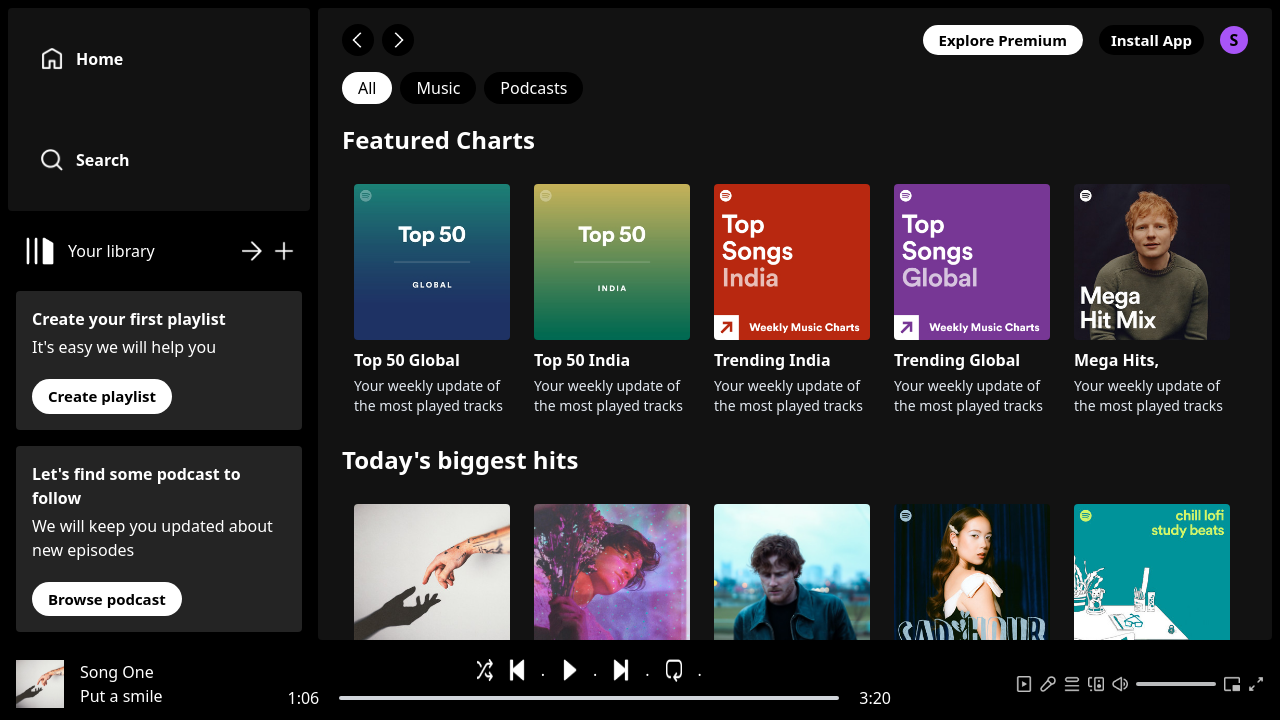
Repository: duttasayan835/Spotify_clone
Page: /
The author's editor kept a copy of each file at every save. The page is drawn from the files as they stood at one save, then again after the next save.
The browser window is 1280 px wide. The pictures show the whole page.
An inner scrolling area shows only its first screen. The project was rebuilt for these pictures with package versions that can differ from the ones it lists, and the page was loaded fresh each time. Also part of the build but not shown: vite.config.js, src/Components/DisplayAlbum.jsx. Imported but missing from the stored project, and not drawn on this page: src/assets/song1.mp3, src/assets/song2.mp3, src/assets/song3.mp3.

Above is the page before, as saved 2024-08-11 21:53:45.

### src/main.jsx
import { StrictMode } from "react";
import { createRoot } from "react-dom/client";
import App from "./App.jsx";
import "./index.css";
// eslint-disable-next-line no-unused-vars
import { BrowserRouter } from "react-router-dom";
import PlayerContextProvider from "./Context/PlayerContext.jsx";

createRoot(document.getElementById("root")).render(
  <StrictMode>
    <BrowserRouter>
      <PlayerContextProvider>
        <App />
      </PlayerContextProvider>
    </BrowserRouter>
  </StrictMode>
);

### src/App.jsx
//<<<<<<< ⌬ Tabnine Instruct <<<<<<<
// eslint-disable-next-line no-unused-vars
import React, { useContext } from "react";
//>>>>>>> ⌬ Tabnine Instruct >>>>>>>
import Sidebar from "./Components/Sidebar";
import Player from "./Components/Player";
import Display from "./Components/Display";
import { PlayerContext } from "./Context/PlayerContext";
const App = () => {
  const { audioRef, track } = useContext(PlayerContext);
  return (
    <div className="h-screen bg-black">
      <div className="h-[90%] flex">
        <Sidebar />
        <Display />
      </div>
      <Player />
      <audio ref={audioRef} src={track.file} preload="auto"></audio>
    </div>
  );
};

export default App;

### src/Context/PlayerContext.jsx
import { createContext, useRef, useState } from "react";
import { songsData } from "../assets/assets";
export const PlayerContext = createContext();
const PlayerContextProvider = (props) => {
  const audioRef = useRef();
  const SeekBg = useRef();
  const SeekBar = useRef();

  const [track, setTrack] = useState(songsData[0]);
  const [playStatus, setPlayStatus] = useState(false);
  const [time, setTime] = useState({
    currentTime: { seconds: 0, minute: 0 },
    totalTime: { seconds: 0, minute: 0 },
  });
  const play = () => {
    audioRef.current.play();
    setPlayStatus(true);
  };
  const pause = () => {
    audioRef.current.pause();
    setPlayStatus(false);
  };

  const contextValue = {
    audioRef,
    SeekBar,
    SeekBg,
    track,
    setTrack,
    playStatus,
    setPlayStatus,
    time,
    setTime,
    play,
    pause,
  };
  return (
    <PlayerContext.Provider value={contextValue}>
      {props.children}
    </PlayerContext.Provider>
  );
};
export default PlayerContextProvider;

### src/Components/Sidebar.jsx
// eslint-disable-next-line no-unused-vars
import React from "react";
import { assets } from "../assets/assets";
import { useNavigate } from "react-router-dom";
const sidebar = () => {
  const navigate = useNavigate();
  return (
    <div className="w-[25%] h-full p-2 flex-col gap-2 text-white hidden lg:flex ">
      <div className="bg-[#121212] h-[50%] rounded flex flex-col justify-around">
        <div
          onClick={() => navigate("/")}
          className="flex items-center gap-3 pl-8 cursor-pointer"
        >
          <img className="w-6" src={assets.home_icon} alt="" />
          <p className="font-bold ">Home</p>
        </div>
        <div className="flex items-center gap-3 pl-8 cursor-pointer">
          <img className="w-6" src={assets.search_icon} alt="" />
          <p className="font-bold ">Search</p>
        </div>
      </div>
      <div className="bg-[#121212 h-[85%] rounded">
        <div className="flex items-center justify-between p-4">
          <div className="flex items-center gap-3">
            <img className="w-8 " src={assets.stack_icon} alt="" />
            <p className="font">Your library</p>
          </div>
          <div className="flex items-center gap-3">
            <img className="w-5" src={assets.arrow_icon} alt="" />
            <img className="w-5" src={assets.plus_icon} alt="" />
          </div>
        </div>
        <div className="p-4 bg-[#242424] m-2 rounded font-semibold flex flex-col items-start justify-start gap-1 pl-4 ">
          <h1>Create your first playlist</h1>
          <p className="font-light">It's easy we will help you</p>
          <button className="px-4 py-1.5 bg-white text-[15px] text-black rounded-full mt-4">
            Create playlist
          </button>
        </div>
        <div className="p-4 bg-[#242424] m-2 rounded font-semibold flex flex-col items-start justify-start gap-1 pl-4 mt-4">
          <h1>Let's find some podcast to follow</h1>
          <p className="font-light">
            We will keep you updated about new episodes
          </p>
          <button className="px-4 py-1.5 bg-white text-[15px] text-black rounded-full mt-4">
            Browse podcast
          </button>
        </div>
      </div>
    </div>
  );
};

export default sidebar;

### src/Components/Player.jsx
// eslint-disable-next-line no-unused-vars
import React, { useContext } from "react";
import { assets, songsData } from "../assets/assets";
import { PlayerContext } from "../Context/PlayerContext";

const Player = () => {
  const { SeekBar, SeekBg } = useContext(PlayerContext);

  return (
    <div className="h-[10%] bg-black flex justify-between items-center text-white px-4 ">
      <div className="hidden gap-4 lg:flex item-center ">
        <img className="w-12" src={songsData[0].image} alt="" />
        <div>
          <p>{songsData[0].name}</p>
          <p>{songsData[0].desc.slice(0, 12)}</p>
        </div>
      </div>
      <div className="flex flex-col items-center gap-1 m-auto">
        <div className="flex gap-4">
          <img
            className="w-4 cursor-pointer"
            src={assets.shuffle_icon}
            alt=""
          />
          <img className="w-4 cursor-pointer" src={assets.prev_icon} alt="" />.
          <img className="w-4 cursor-pointer" src={assets.play_icon} alt="" />.
          <img className="w-4 cursor-pointer" src={assets.next_icon} alt="" />.
          <img className="w-4 cursor-pointer" src={assets.loop_icon} alt="" />.
        </div>
        <div className="flex items-center gap-5">
          <p>1:06</p>
          <div
            ref={SeekBg}
            className="w-[60vw] max-w-[500px] bg-gray-300 rounded-full cursor-pointer"
          >
            <hr
              ref={SeekBar}
              className="w-0 h-1 bg-green-800 border-none rounded-full "
            />
          </div>
          <p>3:20</p>
        </div>
      </div>
      <div className="items-center hidden gap-2 opacity-75 lg:flex">
        <img className="w-4" src={assets.plays_icon} alt="" />
        <img className="w-4" src={assets.mic_icon} alt="" />
        <img className="w-4" src={assets.queue_icon} alt="" />
        <img className="w-4" src={assets.speaker_icon} alt="" />
        <img className="w-4" src={assets.volume_icon} alt="" />
        <div className="w-20 h-1 rounded bg-slate-50"></div>
        <img className="w-4" src={assets.mini_player_icon} alt="" />
        <img className="w-4" src={assets.zoom_icon} alt="" />
      </div>
    </div>
  );
};

export default Player;

### src/Components/Display.jsx
// eslint-disable-next-line no-unused-vars
import React, { useEffect, useRef } from "react";
import { Route, Routes, useLocation } from "react-router-dom";
import DisplayHome from "./DisplayHome";
import DisplayAlbum from "./DisplayAlbum";
import { albumsData } from "../assets/assets";

const Display = () => {
  const displayRef = useRef();
  const location = useLocation();
  const isAlbum = location.pathname.includes("album");
  const albumId = isAlbum ? location.pathname.slice(-1) : "";
  const bgColor = albumsData[Number(albumId)].bgColor;

  useEffect(() => {
    if (isAlbum) {
      displayRef.current.style.backgroundColor = `linear - gradient(${bgColor},#121212)`;
    } else {
      displayRef.current.style.backgroundColor = `#121212`;
    }
  });
  return (
    <div
      ref={displayRef}
      className="w-[100%] m-2 px-6 pt-4 rounded bg-[#121212] text-white overflow-auto lg:w-[75%] lg:ml-0"
    >
      <Routes>
        <Route path="/" element={<DisplayHome />} />
        <Route path="/album/:id" element={<DisplayAlbum />} />
      </Routes>
    </div>
  );
};

export default Display;

### src/assets/assets.js
import bell_icon from "./bell.png";
import home_icon from "./home.png";
import like_icon from "./like.png";
import loop_icon from "./loop.png";
import mic_icon from "./mic.png";
import next_icon from "./next.png";
import play_icon from "./play.png";
import pause_icon from "./pause.png";
import plays_icon from "./plays.png";
import prev_icon from "./prev.png";
import search_icon from "./search.png";
import shuffle_icon from "./shuffle.png";
import speaker_icon from "./speaker.png";
import stack_icon from "./stack.png";
import zoom_icon from "./zoom.png";
import plus_icon from "./plus.png";
import arrow_icon from "./arrow.png";
import mini_player_icon from "./mini-player.png";
import queue_icon from "./queue.png";
import volume_icon from "./volume.png";
import arrow_right from "./right_arrow.png";
import arrow_left from "./left_arrow.png";
import spotify_logo from "./spotify_logo.png";
import clock_icon from "./clock_icon.png";
import img1 from "./img1.jpg";
import img2 from "./img2.jpg";
import img3 from "./img3.jpg";
import img4 from "./img4.jpg";
import img5 from "./img5.jpg";
// eslint-disable-next-line no-unused-vars
import img6 from "./img6.jpg";
import img7 from "./img7.jpg";
import img8 from "./img8.jpg";
import img9 from "./img9.jpg";
import img10 from "./img10.jpg";
import img11 from "./img11.jpg";
import img12 from "./img12.jpg";
// eslint-disable-next-line no-unused-vars
import img13 from "./img13.jpg";
import img14 from "./img14.jpg";
import img15 from "./img15.jpg";
import img16 from "./img16.jpg";
import song1 from "./song1.mp3";
import song2 from "./song2.mp3";
import song3 from "./song3.mp3";

export const assets = {
  bell_icon,
  home_icon,
  like_icon,
  loop_icon,
  mic_icon,
  next_icon,
  play_icon,
  plays_icon,
  prev_icon,
  search_icon,
  shuffle_icon,
  speaker_icon,
  stack_icon,
  zoom_icon,
  plus_icon,
  arrow_icon,
  mini_player_icon,
  volume_icon,
  queue_icon,
  pause_icon,
  arrow_left,
  arrow_right,
  spotify_logo,
  clock_icon,
};

export const albumsData = [
  {
    id: 0,
    name: "Top 50 Global",
    image: img8,
    desc: "Your weekly update of the most played tracks",
    bgColor: "#2a4365",
  },
  {
    id: 1,
    name: "Top 50 India",
    image: img9,
    desc: "Your weekly update of the most played tracks",
    bgColor: "#22543d",
  },
  {
    id: 2,
    name: "Trending India",
    image: img10,
    desc: "Your weekly update of the most played tracks",
    bgColor: "#742a2a",
  },
  {
    id: 3,
    name: "Trending Global",
    image: img16,
    desc: "Your weekly update of the most played tracks",
    bgColor: "#44337a",
  },
  {
    id: 4,
    name: "Mega Hits,",
    image: img11,
    desc: "Your weekly update of the most played tracks",
    bgColor: "#234e52",
  },
  {
    id: 5,
    name: "Happy Favorites",
    image: img15,
    desc: "Your weekly update of the most played tracks",
    bgColor: "#744210",
  },
];

export const songsData = [
  {
    id: 0,
    name: "Song One",
    image: img1,
    file: song1,
    desc: "Put a smile on your face with these happy tunes",
    duration: "3:00",
  },
  {
    id: 1,
    name: "Song Two",
    image: img2,
    file: song2,
    desc: "Put a smile on your face with these happy tunes",
    duration: "2:20",
  },
  {
    id: 2,
    name: "Song Three",
    image: img3,
    file: song3,
    desc: "Put a smile on your face with these happy tunes",
    duration: "2:32",
  },
  {
    id: 3,
    name: "Song Four",
    image: img4,
    file: song1,
    desc: "Put a smile on your face with these happy tunes",
    duration: "2:50",
  },
  {
    id: 4,
    name: "Song Five",
    image: img5,
    file: song2,
    desc: "Put a smile on your face with these happy tunes",
    duration: "3:10",
  },
  {
    id: 5,
    name: "Song Six",
    image: img14,
    file: song3,
    desc: "Put a smile on your face with these happy tunes",
    duration: "2:45",
  },
  {
    id: 6,
    name: "Song Seven",
    image: img7,
    file: song1,
    desc: "Put a smile on your face with these happy tunes",
    duration: "2:18",
  },
  {
    id: 7,
    name: "Song Eight",
    image: img12,
    file: song2,
    desc: "Put a smile on your face with these happy tunes",
    duration: "2:35",
  },
];

### src/Components/DisplayHome.jsx
// eslint-disable-next-line no-unused-vars
import React from "react";
import Navbar from "./Navbar";
import { albumsData, songsData } from "../assets/assets";
import AlbumItem from "./AlbumItem";
import SongItem from "./SongsItem";
const DisplayHome = () => {
  return (
    <>
      <Navbar />
      <div className="mb-4">
        <h1 className="my-5 text-2xl font-bold ">Featured Charts</h1>
        <div className="flex overflow-auto">
          {albumsData.map((item, index) => (
            <AlbumItem
              key={index}
              name={item.name}
              desc={item.desc}
              id={item.id}
              image={item.image}
            />
          ))}
        </div>
      </div>
      <div className="mb-4">
        <h1 className="my-5 text-2xl font-bold ">Today's biggest hits</h1>
        <div className="flex overflow-auto">
          {songsData.map((item, index) => (
            <SongItem
              key={index}
              name={item.name}
              desc={item.desc}
              id={item.id}
              image={item.image}
            />
          ))}
        </div>
      </div>
    </>
  );
};

export default DisplayHome;

### src/Components/Navbar.jsx
// eslint-disable-next-line no-unused-vars
import React from "react";
import { assets } from "../assets/assets";
import { useNavigate } from "react-router-dom";
const Navbar = () => {
  const navigate = useNavigate();
  return (
    <>
      <div className="flex items-center justify-between w-full font-semibold">
        <div className="flex items-center gap-2">
          <img
            onClick={() => navigate(-1)}
            className="w-8 p-2 bg-black cursor-pointer rounded-2xl"
            src={assets.arrow_left}
            alt=""
          />
          <img
            onClick={() => navigate(1)}
            className="w-8 p-2 bg-black cursor-pointer rounded-2xl"
            src={assets.arrow_right}
            alt=""
          />
        </div>
        <div className="flex items-center gap-4">
          <p className="bg-white text-black text-[15px] px-4 py-1 rounded-2xl hidden md:block cursor-pointer">
            Explore Premium
          </p>
          <p className="bg-black py-1 px-3 rounded-2xl text-[15px] cursor-pointer ">
            Install App
          </p>
          <p className="flex items-center justify-center text-black bg-purple-500 rounded-full w-7 h-7">
            S
          </p>
        </div>
      </div>
      <div className="flex items-center gap-2 mt-4">
        <p className="px-4 py-1 text-black bg-white cursor-pointer rounded-2xl">
          All
        </p>
        <p className="px-4 py-1 bg-black cursor-pointer rounded-2xl">Music</p>
        <p className="px-4 py-1 bg-black cursor-pointer rounded-2xl ">
          Podcasts
        </p>
      </div>
    </>
  );
};

export default Navbar;

### src/Components/AlbumItem.jsx
// eslint-disable-next-line no-unused-vars
import React from "react";
import { useNavigate } from "react-router-dom";

// eslint-disable-next-line react/prop-types
const AlbumItem = ({ image, name, desc, id }) => {
  const navigate = useNavigate();

  return (
    <div
      onClick={() => navigate(`/album/${id}`)}
      className="min-w-[180px] p-2 px-3 rounded cursor-pointer hover:bg[#ffffff26"
    >
      <img className="rounded" src={image} alt="" />
      <p className="mt-2 mb-1 font-bold ">{name}</p>
      <p className="text-sm text-slate-200">{desc}</p>
    </div>
  );
};

export default AlbumItem;

### src/Components/SongsItem.jsx
/* eslint-disable no-unused-vars */
import React from "react";

// eslint-disable-next-line react/prop-types
const SongItem = ({ name, image, desc, id }) => {
  return (
    <div className="min-w-[180px] p-2 px-3 rounded cursor-pointer hover:bg-[#ffffff26]">
      <img className="rounded" src={image} alt="" />
      <p className="mt-2 mb-1 font-bold">{name}</p>
      <p className="text-sm text-slate-200">{desc}</p>
    </div>
  );
};

export default SongItem;

Loaded but not shown: src/index.css (common file); tailwind.config.js (common file)

After the next save:
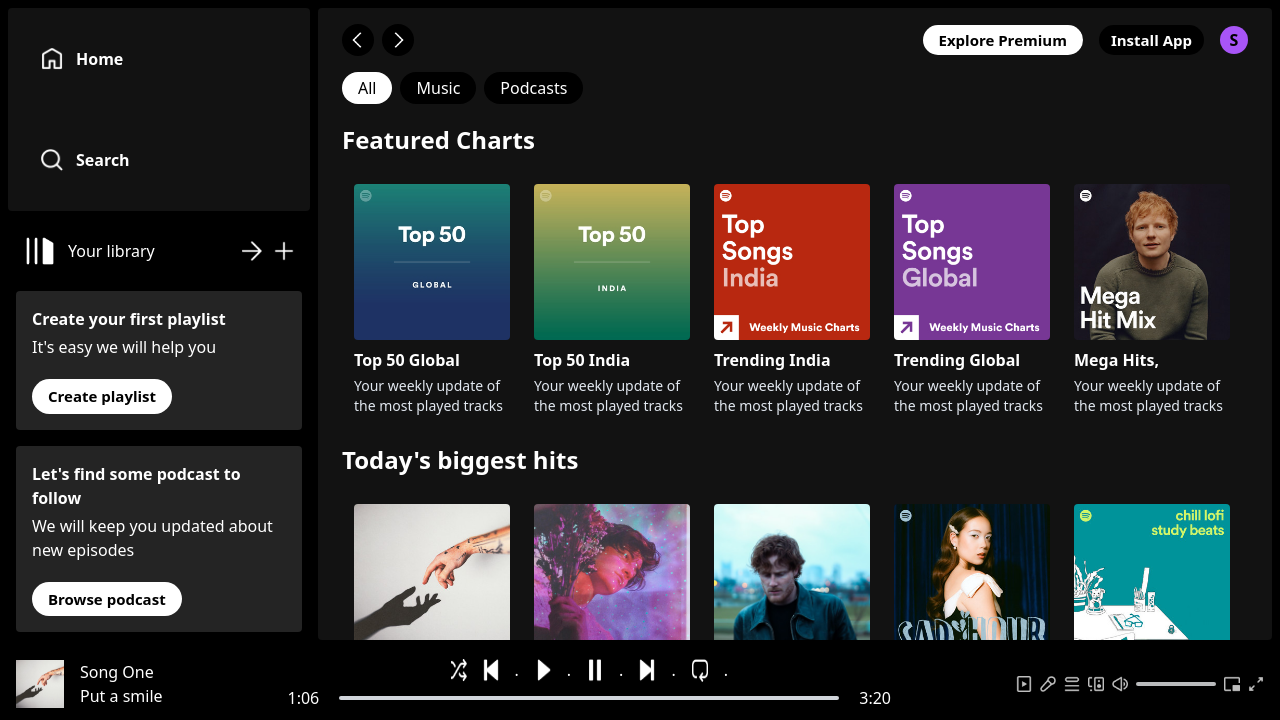
Saved 102 s later.
--- a/src/Components/Player.jsx
+++ b/src/Components/Player.jsx
@@ -4,7 +4,8 @@
 import { PlayerContext } from "../Context/PlayerContext";
 
 const Player = () => {
-  const { SeekBar, SeekBg } = useContext(PlayerContext);
+  const { SeekBar, SeekBg, playStatus, play, pause } =
+    useContext(PlayerContext);
 
   return (
     <div className="h-[10%] bg-black flex justify-between items-center text-white px-4 ">
@@ -24,6 +25,7 @@
           />
           <img className="w-4 cursor-pointer" src={assets.prev_icon} alt="" />.
           <img className="w-4 cursor-pointer" src={assets.play_icon} alt="" />.
+          <img className="w-4 cursor-pointer" src={assets.pause_icon} alt="" />.
           <img className="w-4 cursor-pointer" src={assets.next_icon} alt="" />.
           <img className="w-4 cursor-pointer" src={assets.loop_icon} alt="" />.
         </div>
